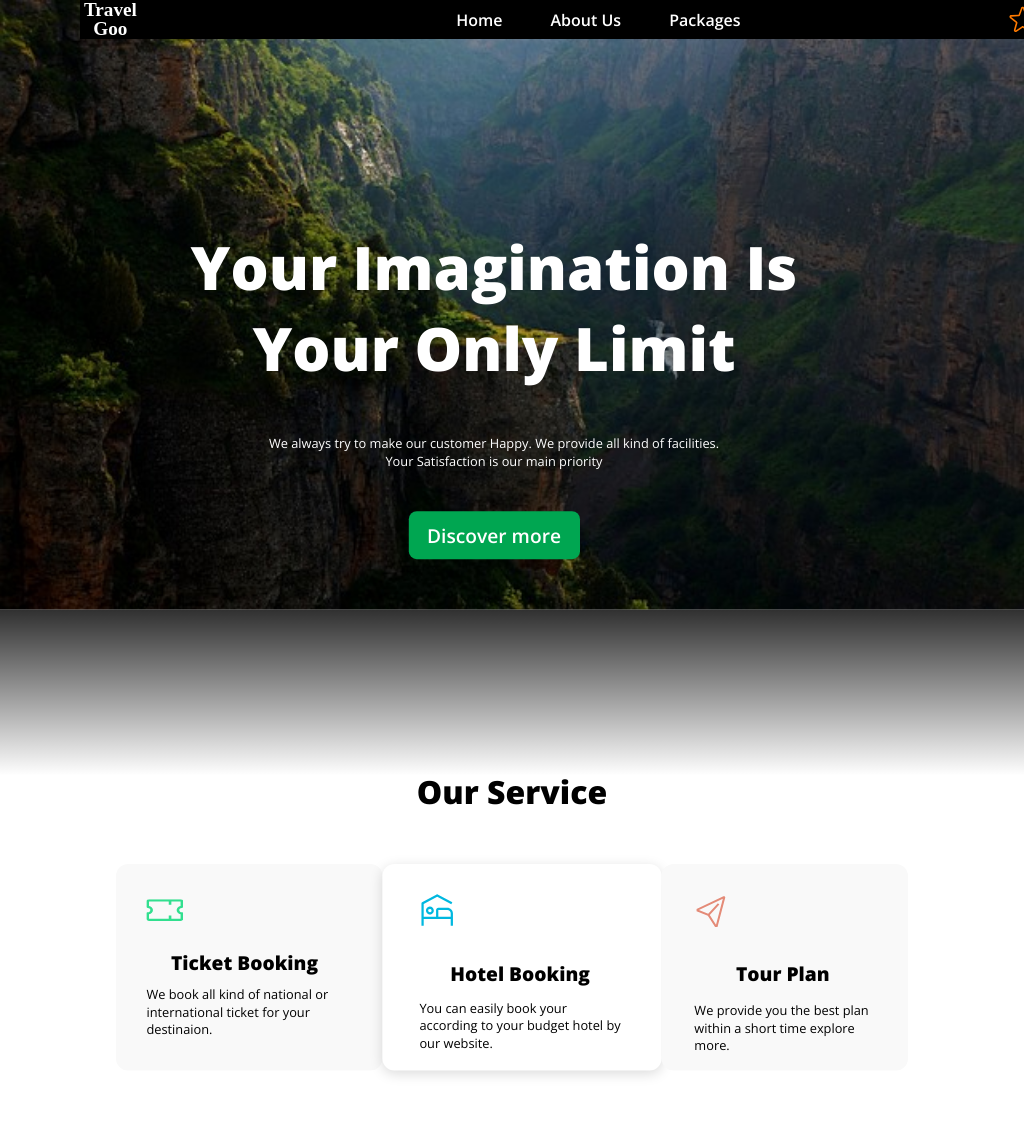
Repository: simralgasimov/back-project
Page: index.html
The author's editor kept a copy of each file at every save. The page is drawn from the files as they stood at one save, then again after the next save.
The browser window is 1280 px wide. The pictures show the whole page, at 80% of full size.
Some web fonts or font styles are not loaded; a fallback is used.

Above is the page before, as saved 2023-09-27 13:25:14.

After the next save:
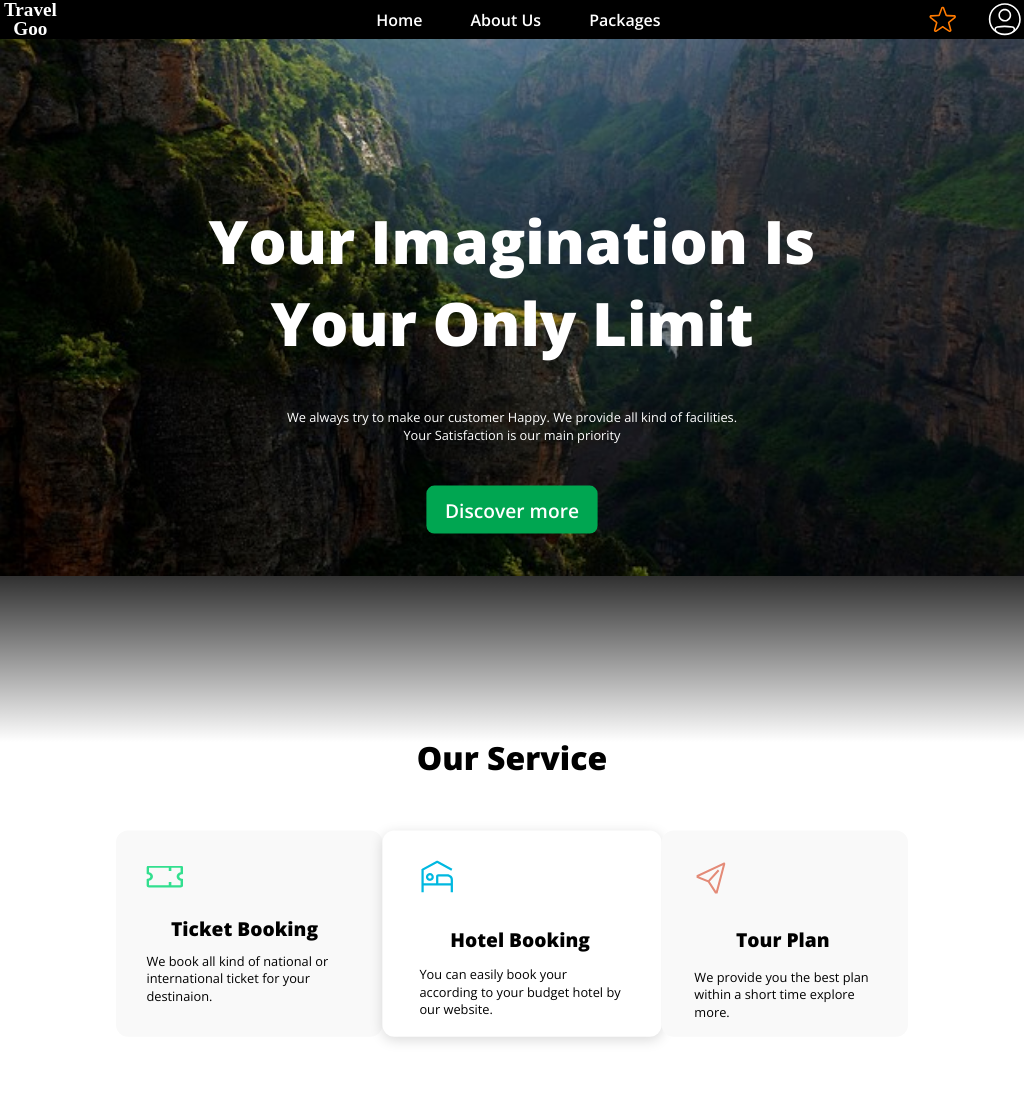
Saved 15 s later.
--- a/index.css
+++ b/index.css
@@ -8,7 +8,7 @@
 .container {
   /* position: relative;
   z-index: 0; */
-  padding: 32px 145px 63px 100px;
+  /* padding: 32px 145px 63px 100px; */
   min-height: 100vh;
   width: auto;
   background-image: url("./canyon-1740973_640.jpg");
